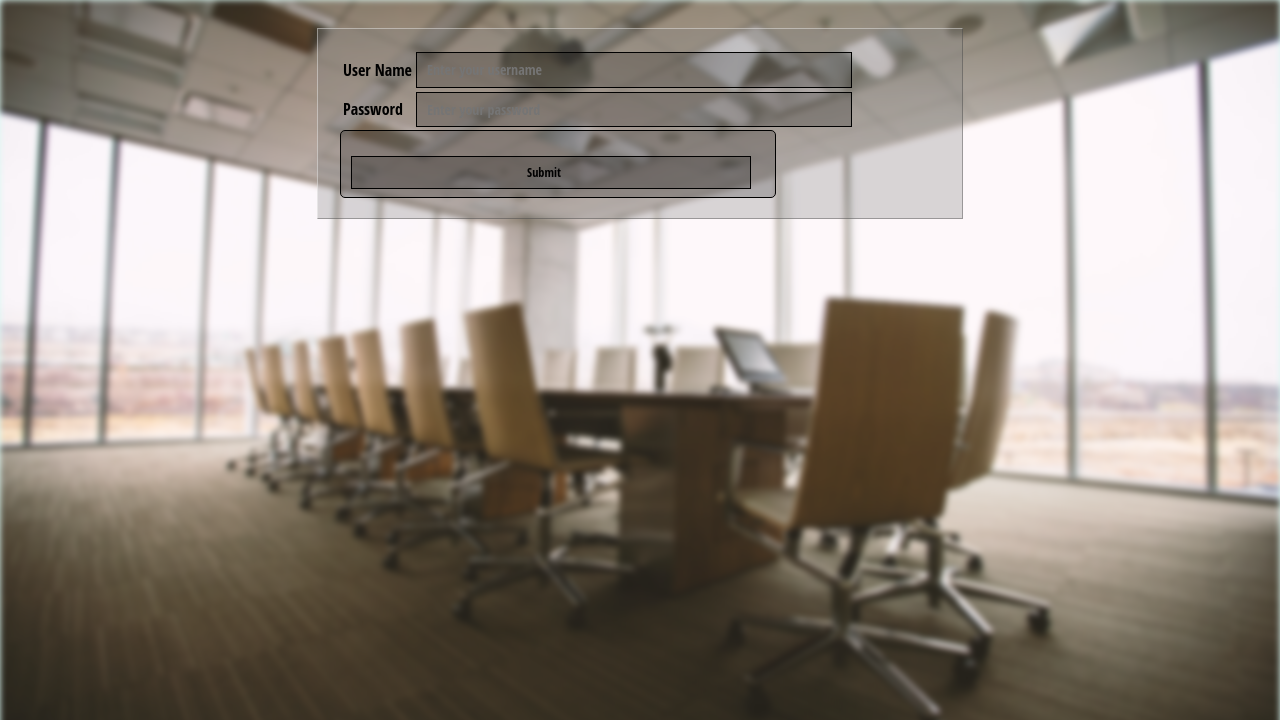
Repository: IT20643218/Employee-Management-System-OOP-Project-20-Y2S2
Page: http://localhost/EmployeeDemo/login.jsp
An editor plug-in stored every save of this project. The page is shown before and after the next save, followed by the edit.
The browser window is 1280 px wide. The pictures show the whole page.
Some web fonts or font styles are not loaded; a fallback is used. The page is served by Tomcat 9. Nobody is signed in. The application's start-up code is not run. Other server files are loaded and not shown.

Above is the page before, as saved 2021-09-30 12:58:28.

### Java_Project/EmployeeDemo/src/main/webapp/login.jsp
<%@ page language="java" contentType="text/html; charset=ISO-8859-1"
    pageEncoding="ISO-8859-1"%>
<!DOCTYPE html>
<html>
<head>
<meta charset="ISO-8859-1">
<title>Insert title here</title>
</head>
<link rel="stylesheet" href="style1.css">
<style>
@import url(https://fonts.googleapis.com/css?family=Open+Sans+Condensed:700);

body {
  background-color: #daf7f3;
  font-family: "Open Sans Condensed", sans-serif;

}

#bg {
  position: fixed;
  left: 0;
  top: 0;
  width: 100%;
  height: 100%;
  background: url(images/login.jpg) no-repeat center center fixed;
  background-size: cover;
  -webkit-filter: blur(3px);
}

form {
  position: relative;
  width: 600px;
  margin: 0 auto;
  background: rgba(130,130,130,.3);
  padding: 20px 22px;
  border: 1px solid;
  border-top-color: rgba(255,255,255,.4);
  border-left-color: rgba(255,255,255,.4);
  border-bottom-color: rgba(60,60,60,.4);
  border-right-color: rgba(60,60,60,.4);
}

form input, form button {
	width: 400px;
	border: 1px solid;
	background-color: rgba(0,0,0,.2);
  	background-repeat: no-repeat;
  	padding: 8px 24px 8px 10px;
  	font: bold .875em/1.25em "Open Sans Condensed", sans-serif;
}
#button{
	width: 400px;
	border: 1px solid;
	background-color: rgba(0,0,0,.2);
  	background-repeat: no-repeat;
  	padding: 25px 24px 8px 10px;
  	font: bold .875em/1.25em "Open Sans Condensed", sans-serif;
}


</style>
<body>
<div id="bg"></div>

<div>
	<form action="log" method="post">
	<table>
	<tr>
		<td>User Name</td>
		<td><input type="text" name="uid" placeholder="Enter your username" ></td>
	</tr>

	<tr>
		<td>Password</td>
		<td><input type="password" name="pass" placeholder="Enter your password" ></td>
	</tr>
	</table>

	<div id="button">
	<input type="submit" name="submit" value="Submit">
	</div>

	</form>
</div>
</body>
</html>

### Java_Project/EmployeeDemo/src/main/webapp/exstyle/style1.css
@charset "ISO-8859-1";
div {
  border-radius: 5px;
  background-color: #f2f2f2;
  padding: 20px;
}

After the next save:
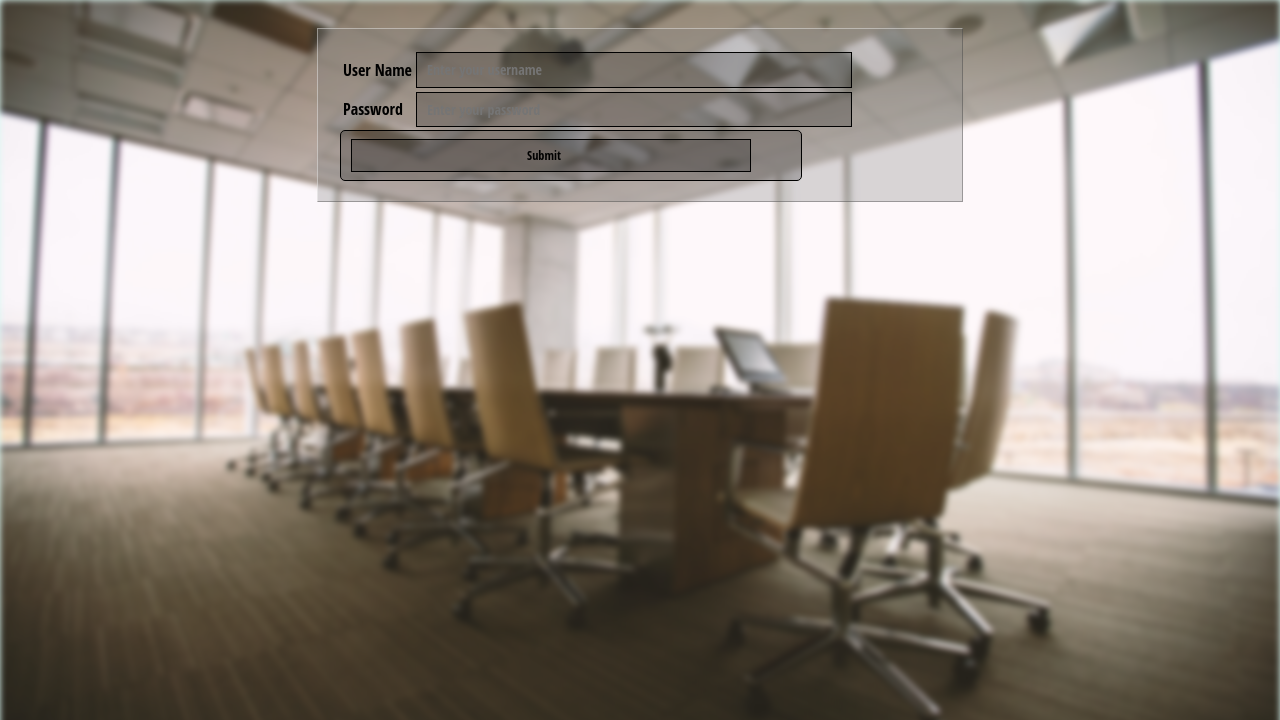
Saved 14 s later.
--- a/Java_Project/EmployeeDemo/src/main/webapp/login.jsp
+++ b/Java_Project/EmployeeDemo/src/main/webapp/login.jsp
@@ -53,7 +53,7 @@ form input, form button {
 	border: 1px solid;
 	background-color: rgba(0,0,0,.2);
   	background-repeat: no-repeat;
-  	padding: 25px 24px 8px 10px;
+  	padding: 8px 50px 8px 10px;
   	font: bold .875em/1.25em "Open Sans Condensed", sans-serif;
 }
 
